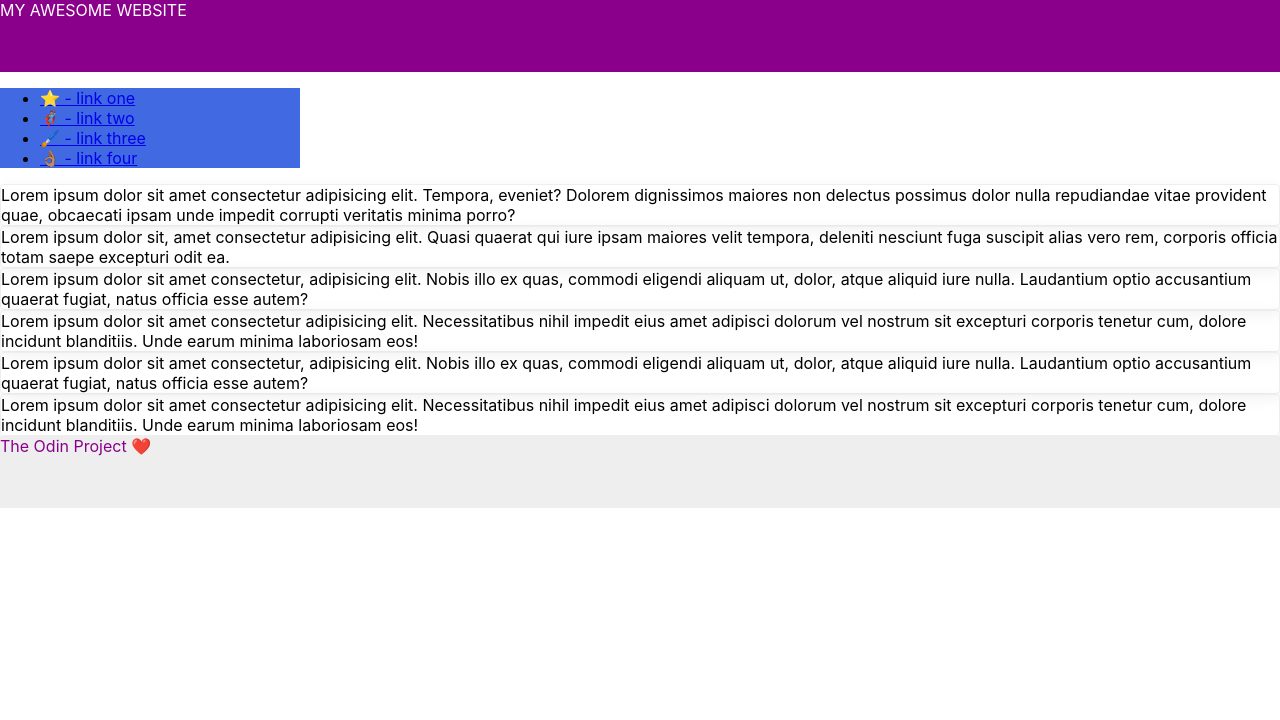
Repository: HeliosAI9/First-test-website
Page: mywebsite/html-boilerplate/pages/flex7.html
These files come from the project's save history. The page is drawn as it stood at one moment and after the next save; the edit follows.
The browser window is 1280 px wide. The pictures show the whole page.

Above is the page before, as saved 2023-06-10 06:28:37.

### mywebsite/html-boilerplate/pages/flex7.html
<!DOCTYPE html>
<html lang="en">
  <head>
    <meta charset="UTF-8">
    <meta http-equiv="X-UA-Compatible" content="IE=edge">
    <meta name="viewport" content="width=device-width, initial-scale=1.0">
    <title>The Holy Grail</title>
    <link rel="stylesheet" href="../css/flex7.css">
  </head>
  <body>
    <div class="header">
      MY AWESOME WEBSITE
    </div>
    <div class="body">
    <div class="sidebar">
      <ul>
        <li><a href="#">⭐ - link one</a></li>
        <li><a href="#">🦸🏽‍♂️ - link two</a></li>
        <li><a href="#">🖌️ - link three</a></li>
        <li><a href="#">👌🏽 - link four</a></li>
      </ul>
    </div>
    <div class="container">
    <div class="card">Lorem ipsum dolor sit amet consectetur adipisicing elit. Tempora, eveniet? Dolorem dignissimos maiores non delectus possimus dolor nulla repudiandae vitae provident quae, obcaecati ipsam unde impedit corrupti veritatis minima porro?</div>
    <div class="card">Lorem ipsum dolor sit, amet consectetur adipisicing elit. Quasi quaerat qui iure ipsam maiores velit tempora, deleniti nesciunt fuga suscipit alias vero rem, corporis officia totam saepe excepturi odit ea.</div>
    <div class="card">Lorem ipsum dolor sit amet consectetur, adipisicing elit. Nobis illo ex quas, commodi eligendi aliquam ut, dolor, atque aliquid iure nulla. Laudantium optio accusantium quaerat fugiat, natus officia esse autem?</div>
    <div class="card">Lorem ipsum dolor sit amet consectetur adipisicing elit. Necessitatibus nihil impedit eius amet adipisci dolorum vel nostrum sit excepturi corporis tenetur cum, dolore incidunt blanditiis. Unde earum minima laboriosam eos!</div>
    <div class="card">Lorem ipsum dolor sit amet consectetur, adipisicing elit. Nobis illo ex quas, commodi eligendi aliquam ut, dolor, atque aliquid iure nulla. Laudantium optio accusantium quaerat fugiat, natus officia esse autem?</div>
    <div class="card">Lorem ipsum dolor sit amet consectetur adipisicing elit. Necessitatibus nihil impedit eius amet adipisci dolorum vel nostrum sit excepturi corporis tenetur cum, dolore incidunt blanditiis. Unde earum minima laboriosam eos!</div>
    </div>
  </div>
    <div class="footer">
      The Odin Project ❤️
    </div>
  </body>
</html>

### mywebsite/html-boilerplate/css/flex7.css
body {
    font-family: -apple-system, BlinkMacSystemFont, 'Segoe UI', Roboto, Oxygen, Ubuntu, Cantarell, 'Open Sans', 'Helvetica Neue', sans-serif;
    margin: 0;
    min-height: 100vh;
  }

  .header {
    height: 72px;
    background: darkmagenta;
    color: white;
  }

  .footer {
    height: 72px;
    background: #eee;
    color: darkmagenta;
  }

  .sidebar {
    width: 300px;
    background: royalblue;
    box-sizing: border-box;
  }

  .card {
    border: 1px solid #eee;
    box-shadow: 2px 4px 16px rgba(0,0,0,.06);
    border-radius: 4px;
  }

After the next save:
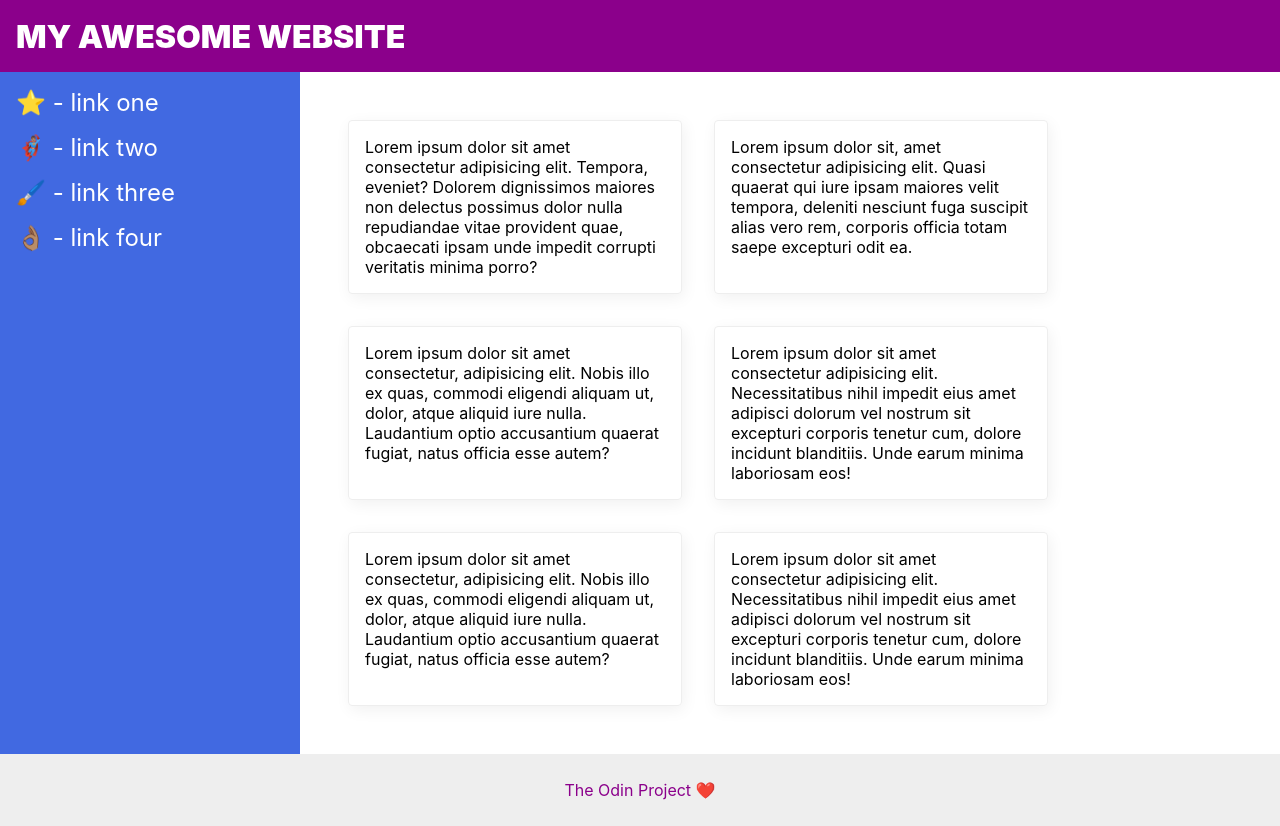
Saved 37 s later.
--- a/mywebsite/html-boilerplate/css/flex7.css
+++ b/mywebsite/html-boilerplate/css/flex7.css
@@ -27,3 +27,60 @@ body {
     box-shadow: 2px 4px 16px rgba(0,0,0,.06);
     border-radius: 4px;
   }
+
+  body {
+    display: flex;
+    flex-direction: column;
+  }
+
+  .header {
+    display: flex;
+    align-items: center;
+    padding: 0 16px;
+    font-size: 32px;
+    font-weight: 900;
+  }
+
+  .body {
+    flex: 1;
+    display: flex;
+  }
+
+  .sidebar {
+    flex-shrink: 0;
+    padding: 16px;
+  }
+
+  ul {
+    list-style-type: none;
+    margin: 0;
+    padding: 0;
+  }
+
+  li {
+    margin-bottom: 16px;
+  }
+
+  a {
+    color: white;
+    text-decoration: none;
+    font-size: 24px;
+  }
+
+  .container {
+    padding: 32px;
+    display: flex;
+    flex-wrap: wrap;
+  }
+
+  .card {
+    padding: 16px;
+    margin: 16px;
+    width: 300px;
+  }
+
+  .footer {
+    display: flex;
+    align-items: center;
+    justify-content: center;
+  }
